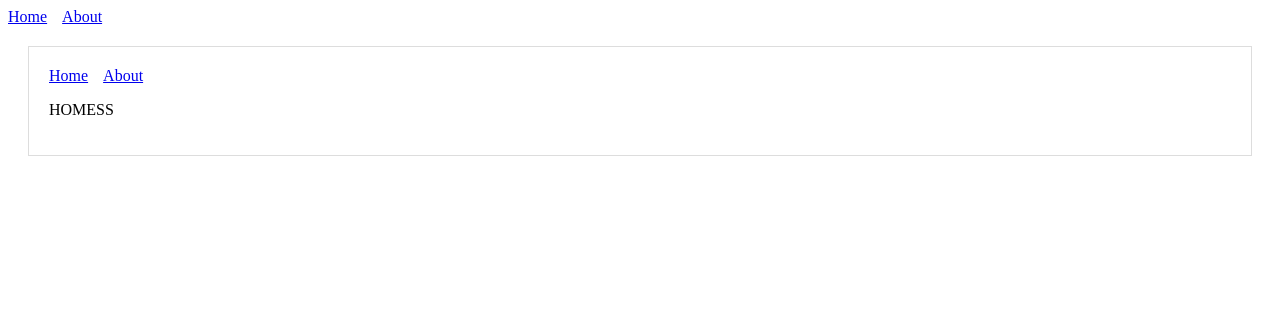
Repository: sivaraj-v/nextJs
Page: /
These files come from the project's save history. The page is drawn as it stood at one moment and after the next save; the edit follows.
The browser window is 1280 px wide. The pictures show the whole page.
The project was rebuilt for these pictures with package versions that can differ from the ones it lists, and the page was loaded fresh each time. The framework's server and built-in components were replaced by stand-ins that run in the browser.

Above is the page before, as saved 2017-10-11 12:15:45.

After the next save:
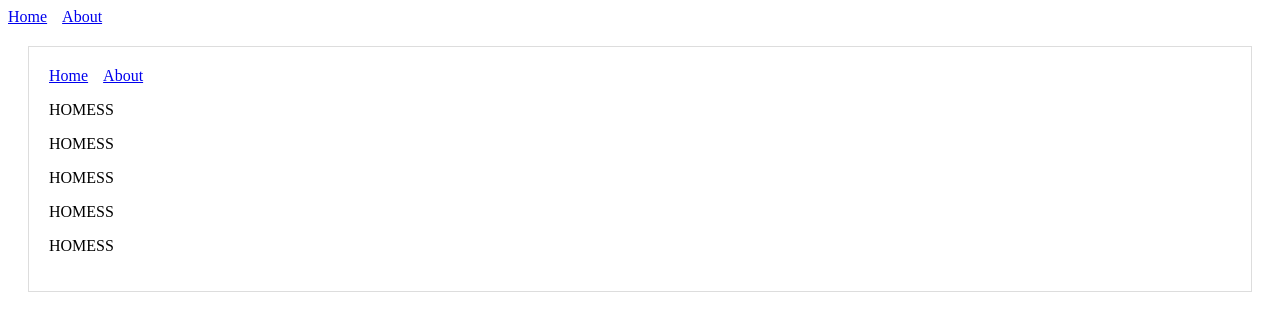
Saved 12 s later.
--- a/pages/index.js
+++ b/pages/index.js
@@ -16,6 +16,10 @@ const Index = () => (
     <Header />
     <Layout>
       <p>HOMESS</p>
+      <p>HOMESS</p>
+      <p>HOMESS</p>
+      <p>HOMESS</p>
+      <p>HOMESS</p>
     </Layout>
   </div>
 );
